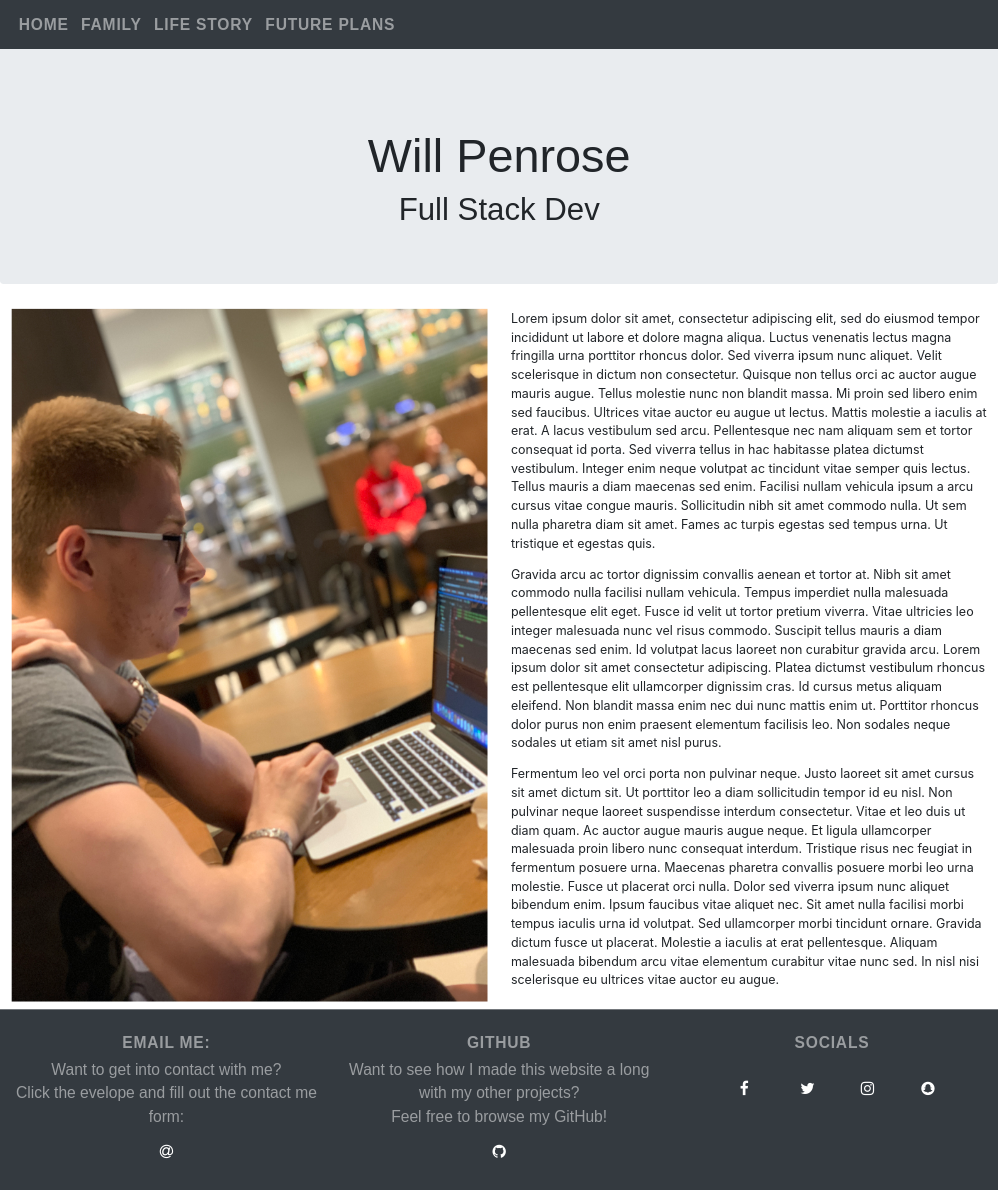
Repository: Code-Institute-Submissions/user-centric-frontend-dev-milestone-project
Page: index.html
The author's editor kept a record of every edit. The page is drawn from the files as they stood at one moment, then again after the next edit.
The browser window is 1280 px wide. The pictures show the whole page, at 78% of full size.
Some web fonts or font styles are not loaded; a fallback is used.

Above is the page before.

### index.html
<!DOCTYPE html>
<html lang="en">

<head>
    <meta charset="UTF-8">
    <meta name="viewport" content="width=device-width, initial-scale=1.0">
    <meta http-equiv="X-UA-Compatible" content="ie=edge">
    <link rel="stylesheet" href="assets/css/style.css" type="text/css" />
    <link rel="stylesheet" href="https://stackpath.bootstrapcdn.com/font-awesome/4.7.0/css/font-awesome.min.css" type="text/css" />
    <link rel="stylesheet" href="https://stackpath.bootstrapcdn.com/bootstrap/4.3.1/css/bootstrap.min.css" type="text/css" />
    <title>Will Penrose Autobiography</title>
</head>

<body>
    <header>
        <!--------------------------------------NAVBAR----------------------------->

        <nav class="navbar navbar-expand-sm navbar-dark bg-dark fixed-top text-uppercase">
            <button class="navbar-toggler" data-toggle="collapse" data-target="#collapse_target">
                <span class="navbar-toggler-icon"></span>
            </button>
            <div class="collapse navbar-collapse" id="collapse_target">
                <ul class="navbar-nav">
                    <li class="nav-item">
                        <a class="nav-link" href="#">Home</a>
                    </li>
                    <li class="nav-item">
                        <a class="nav-link" href="#">Family</a>
                    </li>
                    <li class="nav-item">
                        <a class="nav-link" href="#">Life Story</a>
                    </li>
                    <li class="nav-item">
                        <a class="nav-link" href="#">Future Plans</a>
                    </li>
                </ul>
            </div>
        </nav>
        <!--------------------------------------JUMBOTRON----------------------------->
        <div class="container-fluid">
            <div class="row jumbotron">
                <div class="col-12 heading">
                    <h1 class="name">Will Penrose</h1>
                    <h2 class="title">Full Stack Dev</h2>
                </div>
            </div>
        </div>
    </header>

    <!--------------------------------------MAIN IMAGE AND PARAGRAPHS----------------------------->

    <section>
        <div class="container-fluid">
            <div class="row">
                <div class="col-sm-12 col-md-12 col-lg-6">
                    <img src="assets/images/will.jpg" class="image"></img>
                </div>
                <div class="col-sm-12 col-md-12 col-lg-6 home-paragraphs">
                    <p>
                        Lorem ipsum dolor sit amet, consectetur adipiscing elit, sed do eiusmod tempor incididunt ut labore et dolore magna aliqua. Luctus venenatis lectus magna fringilla urna porttitor rhoncus dolor. Sed viverra ipsum nunc aliquet. Velit scelerisque in dictum
                        non consectetur. Quisque non tellus orci ac auctor augue mauris augue. Tellus molestie nunc non blandit massa. Mi proin sed libero enim sed faucibus. Ultrices vitae auctor eu augue ut lectus. Mattis molestie a iaculis at erat.
                        A lacus vestibulum sed arcu. Pellentesque nec nam aliquam sem et tortor consequat id porta. Sed viverra tellus in hac habitasse platea dictumst vestibulum. Integer enim neque volutpat ac tincidunt vitae semper quis lectus. Tellus
                        mauris a diam maecenas sed enim. Facilisi nullam vehicula ipsum a arcu cursus vitae congue mauris. Sollicitudin nibh sit amet commodo nulla. Ut sem nulla pharetra diam sit amet. Fames ac turpis egestas sed tempus urna. Ut tristique
                        et egestas quis.
                    </p>
                    <p>
                        Gravida arcu ac tortor dignissim convallis aenean et tortor at. Nibh sit amet commodo nulla facilisi nullam vehicula. Tempus imperdiet nulla malesuada pellentesque elit eget. Fusce id velit ut tortor pretium viverra. Vitae ultricies leo integer malesuada
                        nunc vel risus commodo. Suscipit tellus mauris a diam maecenas sed enim. Id volutpat lacus laoreet non curabitur gravida arcu. Lorem ipsum dolor sit amet consectetur adipiscing. Platea dictumst vestibulum rhoncus est pellentesque
                        elit ullamcorper dignissim cras. Id cursus metus aliquam eleifend. Non blandit massa enim nec dui nunc mattis enim ut. Porttitor rhoncus dolor purus non enim praesent elementum facilisis leo. Non sodales neque sodales ut etiam
                        sit amet nisl purus.
                    </p>
                    <p>
                        Fermentum leo vel orci porta non pulvinar neque. Justo laoreet sit amet cursus sit amet dictum sit. Ut porttitor leo a diam sollicitudin tempor id eu nisl. Non pulvinar neque laoreet suspendisse interdum consectetur. Vitae et leo duis ut diam quam. Ac
                        auctor augue mauris augue neque. Et ligula ullamcorper malesuada proin libero nunc consequat interdum. Tristique risus nec feugiat in fermentum posuere urna. Maecenas pharetra convallis posuere morbi leo urna molestie. Fusce ut
                        placerat orci nulla. Dolor sed viverra ipsum nunc aliquet bibendum enim. Ipsum faucibus vitae aliquet nec. Sit amet nulla facilisi morbi tempus iaculis urna id volutpat. Sed ullamcorper morbi tincidunt ornare. Gravida dictum fusce
                        ut placerat. Molestie a iaculis at erat pellentesque. Aliquam malesuada bibendum arcu vitae elementum curabitur vitae nunc sed. In nisl nisi scelerisque eu ultrices vitae auctor eu augue.
                    </p>
                </div>
            </div>
        </div>
    </section>
    <!--------------------------------------FOOTER----------------------------->
    <footer>
        <div class="container-fluid">
            <div class="row">
                <div class="col-sm-4 footer-paragraph">
                    <h4 class="footer-section text-uppercase">Email Me:</h4>
                    <p>
                        Want to get into contact with me?<br>
                        Click the evelope and fill out the contact me form:
                        <br>
                        <a href="contact.html" target="_blank">
                            <i class="fa fa-at email" aria-hidden="true"></i>
                            <span class="sr-only">Email</span>
                        </a>
                    </p>
                </div>
                <div class="col-sm-4 footer-paragraph">
                    <h4 class="footer-section text-uppercase social-links">GitHub</h4>
                    <p>
                        Want to see how I made this website a long with my other projects?<br> Feel free to browse my GitHub!
                        <br>
                        <a href="#" target="_blank">
                            <i class="fa fa-github" aria-hidden="true"></i>
                            <span class="sr-only">GitHub</span>
                        </a>
                    </p>
                </div>
                <div class="col-sm-4 footer-paragraph">
                    <h4 class="footer-section text-uppercase">Socials</h4>
                    <ul class="list-inline social-links">
                        <li class="list-inline-item">
                            <a href="#" target="_blank">
                                <i class="fa fa-facebook" aria-hidden="true"></i>
                                <span class="sr-only">Facebook</span>
                            </a>
                        </li>
                        <li class="list-inline-item">
                            <a href="#" target="_blank">
                                <i class="fa fa-twitter" aria-hidden="true"></i>
                                <span class="sr-only">Twitter</span>
                            </a>
                        </li>
                        <li class="list-inline-item">
                            <a href="#" target="_blank">
                                <i class="fa fa-instagram" aria-hidden="true"></i>
                                <span class="sr-only">Instagram</span>
                            </a>
                        </li>
                        <li class="list-inline-item">
                            <a href="#" target="_blank">
                                <i class="fa fa-snapchat" aria-hidden="true"></i>
                                <span class="sr-only">Snapchat</span>
                            </a>
                        </li>
                    </ul>
                </div>
            </div>
        </div>
    </footer>
</body>

</html>

### assets/css/style.css
@import url('https://fonts.googleapis.com/css?family=Odibee+Sans&display=swap:100,200,300,400,500,600,700|PT Sans Narrow:100,200,300,400,500,600,700');

/*---------------------------Navbar*/

.navbar {
    font-family: "Odibee Sans", sans-serif;
    font-size: 20px;
    letter-spacing: 1px;
    font-weight: 600;
}

/*---------------------------General*/

.inline-block {
    display: inline-block;
}

/*---------------------------Heading*/

.heading {
    text-align: center;
    margin: 0;
    padding-top: 100px;
}

img {
    width: 100%;
    height: 100%;
}

.jumbotron .name {
    font-family: "Odibee Sans", sans-serif;
    font-weight: 500;
    font-size: 60px
}

.jumbotron .title {
    font-family: "PT Sans Narrow", sans-serif;
    font-weight: 300;
    font-size: 40px
}

/*----------------------Text*/

.home-paragraphs {
    height: 100%;
}

/*----------------------Media Quires*/

@media (max-width: 992px) {
    .home-paragraphs {
        padding-top: 20px;
    }
}

/*----------------------Contact Form*/

.contact-title {
    text-align: center;
}

/*----------------------Footer and Socials*/

footer {
    background-color: #343a40;
    color: rgba(255, 255, 255, 0.5);
    margin-top: 10px
}

.footer-paragraph {
    font-family: "PT Sans Narrow", sans-serif;
    text-align: center;
    font-size: 20px;
    font-weight: 400;
}

.footer-section {
    padding-top: 30px;
    text-align: center;
    font-family: "Odibee Sans", sans-serif;
    letter-spacing: 1px;
    font-size: 20px;
    font-weight: 600;
}

/*----------------------Footer Icons*/

.social-links li a i {
    width: 64px;
    height: 64px;
    color: #fff;
    padding: 30px;
}


p a i {
    width: 64px;
    height: 64px;
    color: #fff;
    padding-top: 20px;
}

After the next edit:
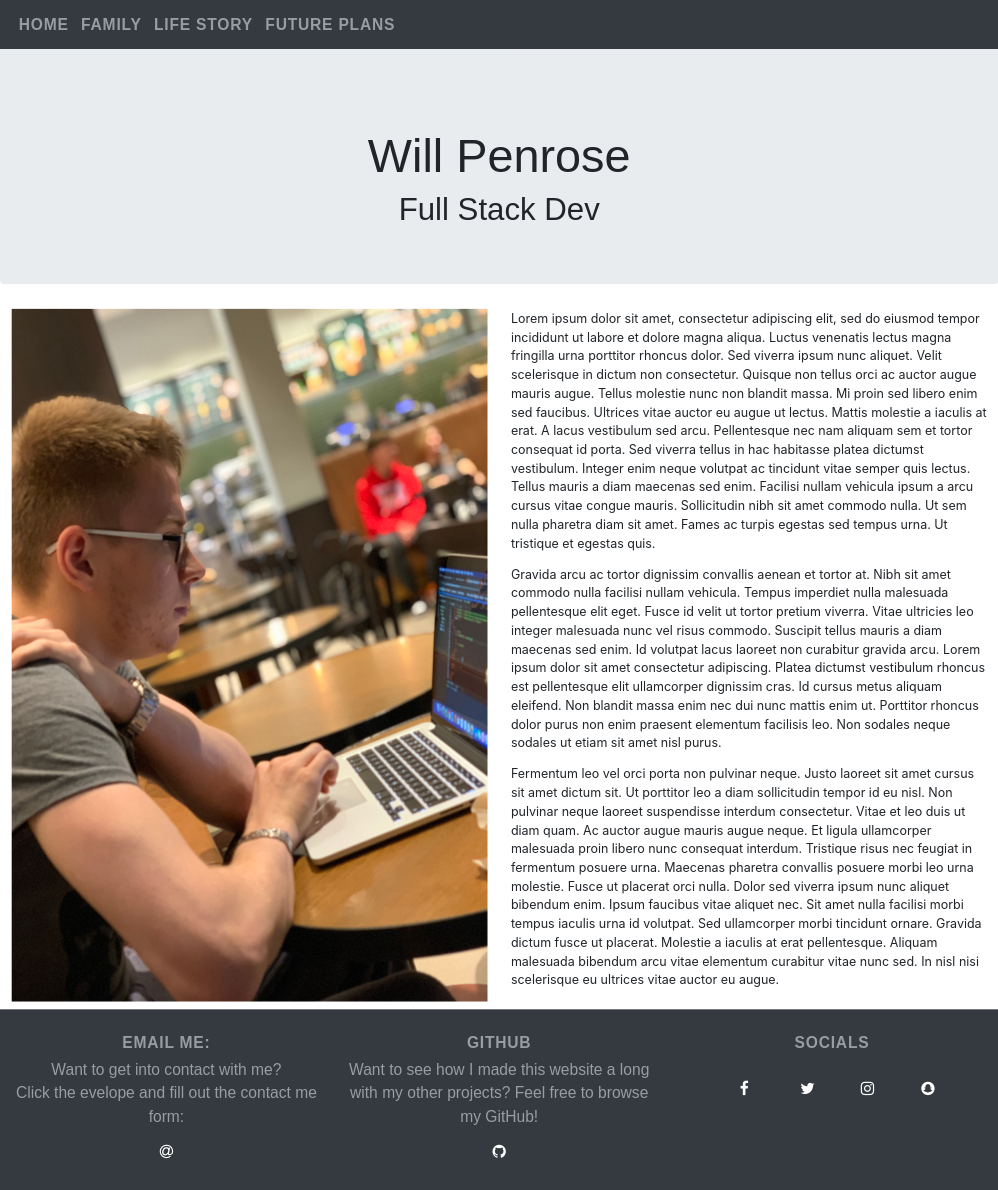
The edit:
--- a/index.html
+++ b/index.html
@@ -98,7 +98,7 @@
                 <div class="col-sm-4 footer-paragraph">
                     <h4 class="footer-section text-uppercase social-links">GitHub</h4>
                     <p>
-                        Want to see how I made this website a long with my other projects?<br> Feel free to browse my GitHub!
+                        Want to see how I made this website a long with my other projects? Feel free to browse my GitHub!
                         <br>
                         <a href="#" target="_blank">
                             <i class="fa fa-github" aria-hidden="true"></i>
